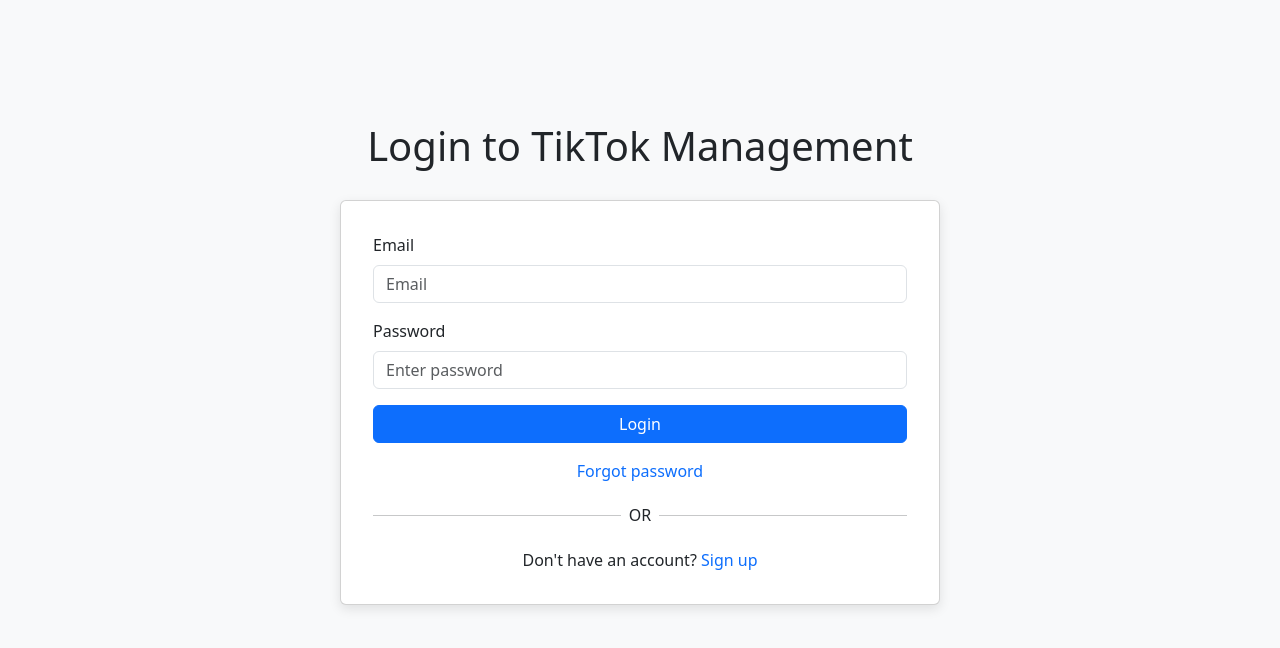
Repository: chaolaolo/tikcrm-fe
Page: /
An editor plug-in stored every save of this project. The page is shown before and after the next save, followed by the edit.
The browser window is 1280 px wide. The pictures show the whole page.
The project was rebuilt for these pictures with package versions that can differ from the ones it lists, and the page was loaded fresh each time. Also part of the build but not shown: vite.config.ts, src/pages/Home/Settings.tsx, src/pages/Home/HomePage.tsx. Imported but missing from the stored project, and not drawn on this page: src/pages/Home/Dashboard, src/pages/Register/RegisterPage.

Above is the page before, as saved 2025-05-22 22:17:12.

### src/main.tsx
import React, { StrictMode } from 'react'
import ReactDOM from 'react-dom/client';
import { createRoot } from 'react-dom/client'
import './index.css'
import { BrowserRouter } from 'react-router-dom';
import { AuthProvider } from './store/AuthContext.tsx';
import App from './App.tsx'
import 'antd/dist/reset.css';
import 'bootstrap/dist/css/bootstrap.min.css';
import 'bootstrap/dist/js/bootstrap.bundle.min.js';

ReactDOM.createRoot(document.getElementById('root')!).render(
  <React.StrictMode>
    <AuthProvider>
      <BrowserRouter>
        <App />
      </BrowserRouter>
    </AuthProvider>
  </React.StrictMode>
)

### src/store/AuthContext.tsx
import React, { createContext, useContext, useState, type ReactNode } from 'react';

interface AuthContextProps {
  isLoggedIn: boolean;
  login: () => void;
  logout: () => void;
}

const AuthContext = createContext<AuthContextProps | undefined>(undefined);

export const AuthProvider = ({ children }: { children: ReactNode }) => {
  const [isLoggedIn, setIsLoggedIn] = useState(false);

  const login = () => setIsLoggedIn(true);
  const logout = () => setIsLoggedIn(false);

  return (
    <AuthContext.Provider value={{ isLoggedIn, login, logout }}>
      {children}
    </AuthContext.Provider>
  );
};

export const useAuth = () => {
  const context = useContext(AuthContext);
  if (!context) throw new Error('useAuth must be used within AuthProvider');
  return context;
};

### src/App.tsx
import { useState } from 'react'
import reactLogo from './assets/react.svg'
import viteLogo from '/vite.svg'
import './App.css'
import { useAuth } from './store/AuthContext';
import { Navigate, Route, Routes } from 'react-router-dom';
import LoginPage from './pages/Auth/LoginPage';
import RegisterPage from './pages/Register/RegisterPage';
import HomePage from './pages/Home/HomePage';
import 'bootstrap/dist/css/bootstrap.min.css';
import 'bootstrap/dist/js/bootstrap.bundle.min.js';
import 'antd/dist/reset.css'

const App = () => {
  const { isLoggedIn } = useAuth();

  return (
    <Routes>
      <Route path="/login" element={<LoginPage />} />
      <Route path="/register" element={<RegisterPage />} />
      <Route
        path="/home/*"
        element={isLoggedIn ? <HomePage /> : <Navigate to="/login" />}
      />
      <Route path="*" element={<Navigate to={isLoggedIn ? "/home" : "/login"} />} />
    </Routes>
  );
};

export default App;

### src/pages/Auth/LoginPage.tsx
import React from 'react';
import 'bootstrap/dist/css/bootstrap.min.css';

const LoginPage: React.FC = () => {
  return (
    <div style={{
      backgroundColor: '#f8f9fa', // Màu light của Bootstrap
      position: 'fixed',
      top: 0,
      left: 0,
      right: 0,
      bottom: 0,
      overflow: 'auto'
    }}>
      <div className="d-flex justify-content-center align-items-center min-vh-100 p-3">
        <div className="w-100" style={{ maxWidth: '600px' }}>
          <p className="text-center mb-4 fs-1">Login to TikTok Management</p>
          <div className="card p-8" style={{
            backgroundColor: 'white',
            boxShadow: '0 4px 12px rgba(0, 0, 0, 0.1)'
          }}>
            <form>
              <div className="mb-3 text-start">
                <label htmlFor="email" className="form-label">Email</label>
                <input
                  type="email"
                  className="form-control"
                  id="email"
                  placeholder="Email"
                />
              </div>

              <div className="mb-3 text-start">
                <label htmlFor="password" className="form-label">Password</label>
                <input
                  type="password"
                  className="form-control"
                  id="password"
                  placeholder="Enter password"
                />
              </div>

              <button type="submit" className="btn btn-primary w-100 mb-3">Login</button>

              <div className="text-center mb-3">
                <a href="#forgot-password" className="text-decoration-none">Forgot password</a>
              </div>

              <div className="d-flex align-items-center mb-3">
                <hr className="flex-grow-1" />
                <span className="px-2">OR</span>
                <hr className="flex-grow-1" />
              </div>

              <div className="text-center">
                <span>Don't have an account? </span>
                <a href="#signup" className="text-decoration-none">Sign up</a>
              </div>
            </form>
          </div>
        </div>
      </div>
    </div>
  );
};

export default LoginPage;

Loaded but not shown: index.html (common file); src/index.css (common file); src/App.css (common file)

After the next save:
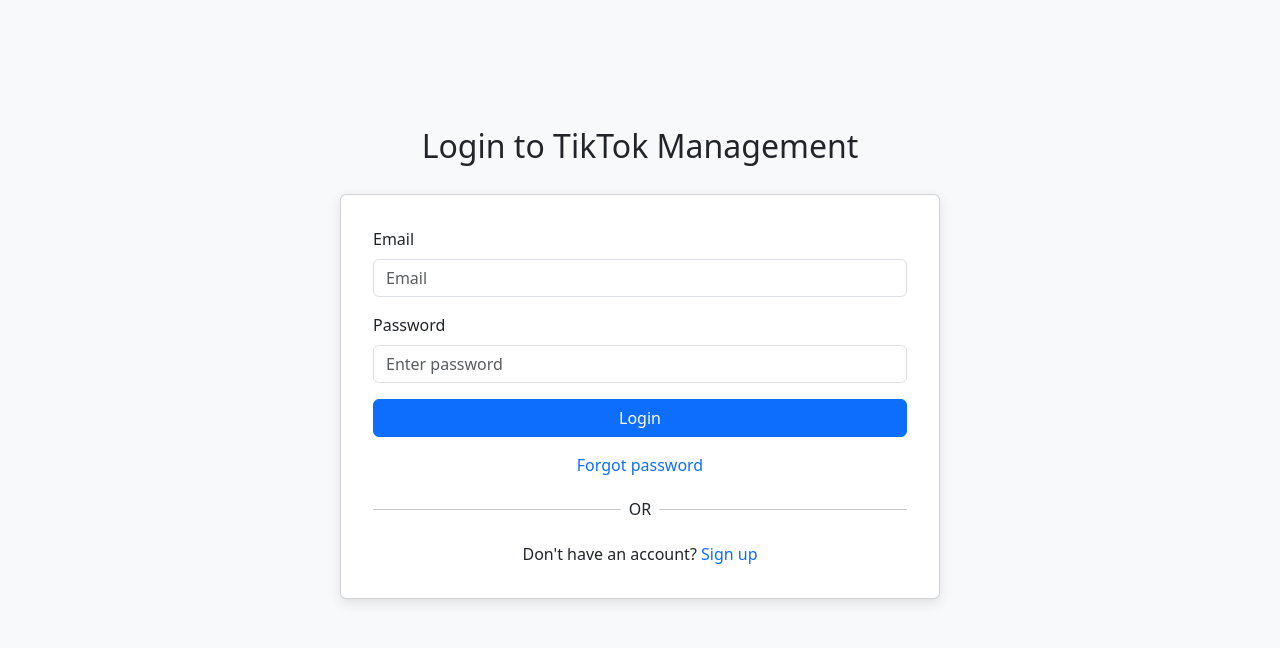
Saved 8 s later.
--- a/src/pages/Auth/LoginPage.tsx
+++ b/src/pages/Auth/LoginPage.tsx
@@ -14,7 +14,7 @@
     }}>
       <div className="d-flex justify-content-center align-items-center min-vh-100 p-3">
         <div className="w-100" style={{ maxWidth: '600px' }}>
-          <p className="text-center mb-4 fs-1">Login to TikTok Management</p>
+          <p className="text-center mb-4 fs-2">Login to TikTok Management</p>
           <div className="card p-8" style={{
             backgroundColor: 'white',
             boxShadow: '0 4px 12px rgba(0, 0, 0, 0.1)'
